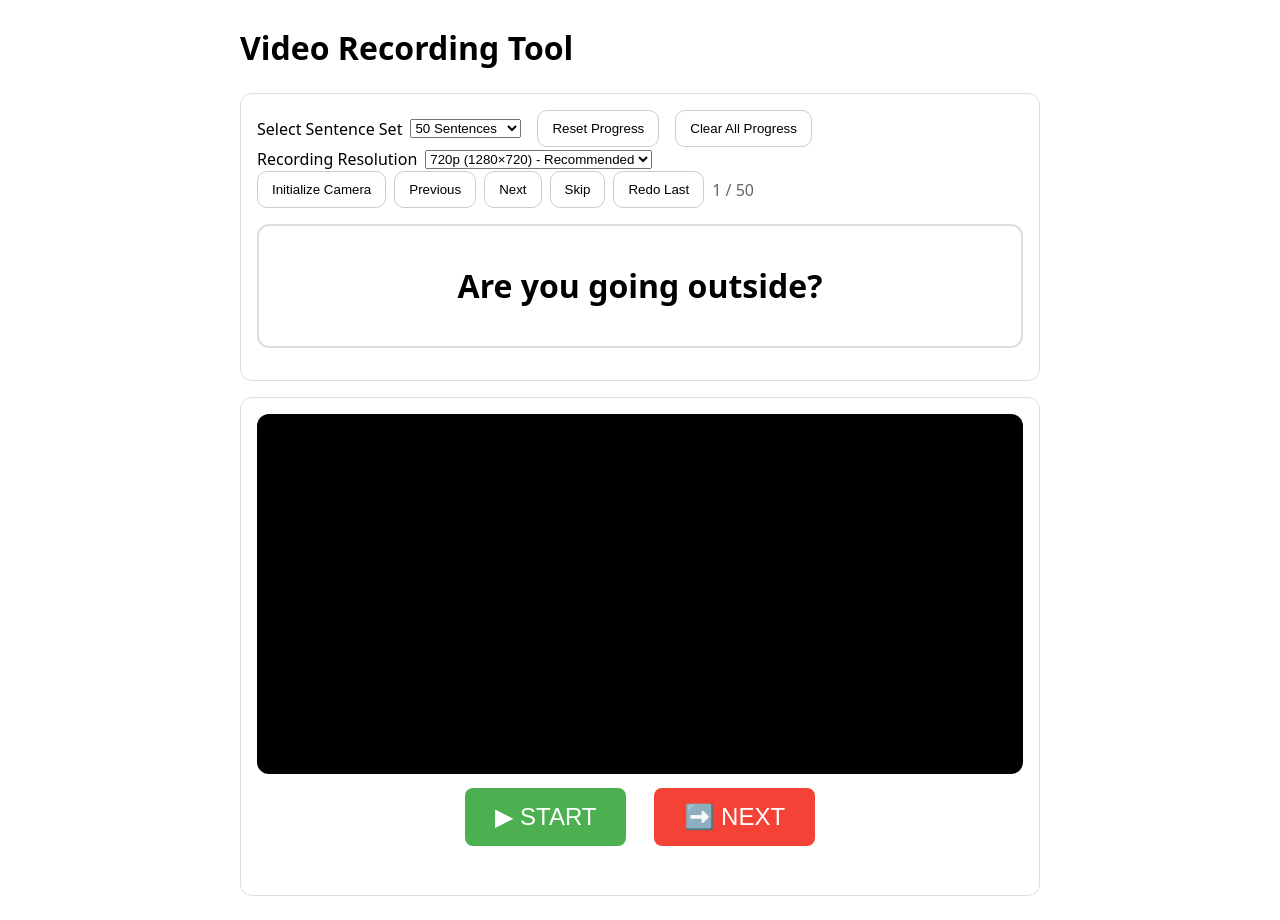
Repository: video2speech/video2speech.github.io
Page: index.html
An editor plug-in stored every save of this project. The page is shown before and after the next save, followed by the edit.
The browser window is 1280 px wide. The pictures show the whole page.

Above is the page before, as saved 2025-09-04 11:41:40.

After the next save:
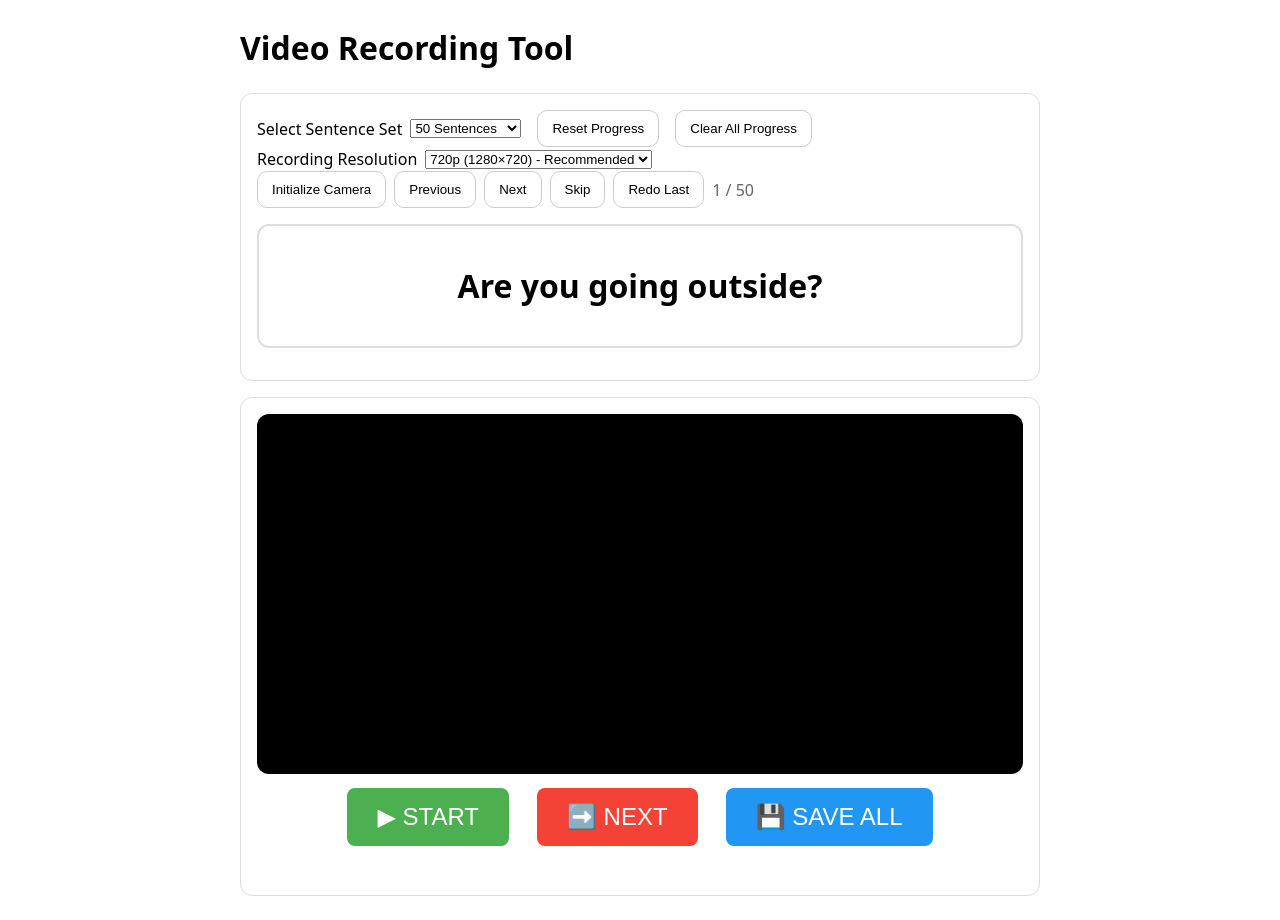
Saved 12 s later.
--- a/index.html
+++ b/index.html
@@ -52,6 +52,7 @@
     <div class="row" style="margin-top:8px; justify-content: center;">
       <button id="start" style="font-size: 1.5rem; padding: 15px 30px; background: #4CAF50; color: white; border: none; border-radius: 8px; cursor: pointer; margin: 0 10px;">▶ START</button>
       <button id="stop" style="font-size: 1.5rem; padding: 15px 30px; background: #f44336; color: white; border: none; border-radius: 8px; cursor: pointer; margin: 0 10px;">➡️ NEXT</button>
+      <button id="saveAllMain" style="font-size: 1.5rem; padding: 15px 30px; background: #2196F3; color: white; border: none; border-radius: 8px; cursor: pointer; margin: 0 10px;">💾 SAVE ALL</button>
     </div>
     <div class="row" style="justify-content: center; margin-top: 10px;">
       <div id="recordingStatus" style="font-size: 1.2rem; font-weight: bold; color: #f44336; display: none;">🔴 RECORDING IN PROGRESS</div>
